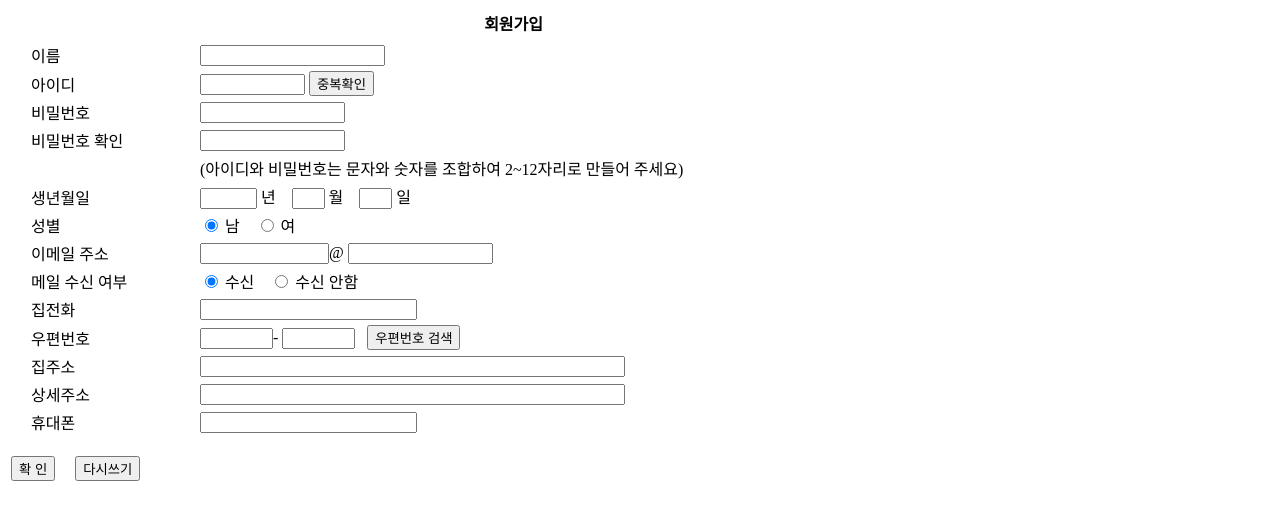
Repository: ekgus419/hckj
Page: http://localhost/Railro/WEB-INF/views/index.jsp
The author's editor kept a copy of each file at every save. The page is drawn from the files as they stood at one save, then again after the next save.
The browser window is 1280 px wide. The pictures show the whole page.
The page is served by Tomcat 9. Nobody is signed in. Other server files are loaded and not shown. The template is opened directly, without the code that normally fills it, so the values that code supplies are empty.

Above is the page before, as saved 2016-08-19 11:14:46.

### Railro/src/main/webapp/WEB-INF/views/index.jsp
<%@ page language="java" pageEncoding="UTF-8" trimDirectiveWhitespaces="true"%>

<div class="content">
	<form name="joinform" action="" method="post" onsubmit="return check()">
		<table class="join" width="80%">
			<tr>
				<th colspan="100%">
					<div class="join-title"><span>회원가입</span></div>
				</th>
			</tr>
			<tr>
				<td colspan=2>
			<tr>
				<td width="17%">
					&nbsp;&nbsp;&nbsp;&nbsp;
					이름
				</td>
				<td>
					&nbsp;&nbsp;&nbsp;
					<input type="text" name="MEMBER_NAME" size="20"/>
				</td>
			</tr>
			<tr>
				<td>
					&nbsp;&nbsp;&nbsp;&nbsp;
					아이디
				</td>
				<td>
					&nbsp;&nbsp;&nbsp;
					<input type="text" name="MEMBER_ID" size="10" maxlength=15/>
					<input type="button" name="confirm_id" value="중복확인"
						onclick="openConfirmId(this.form)" />
				</td>
			</tr>
			<tr>
				<td>
					&nbsp;&nbsp;&nbsp;&nbsp;
					비밀번호
				</td>
				<td>
					&nbsp;&nbsp;&nbsp;
					<input type="password" name="MEMBER_PW" size="15"/>
				</td>
			</tr>
			<tr>
				<td>
					&nbsp;&nbsp;&nbsp;&nbsp;
					비밀번호 확인
				</td>
				<td>
					&nbsp;&nbsp;&nbsp;
					<input type="password" name="MEMBER_PW2" size="15" />
				</td>
			</tr>
			<tr>
				<td>&nbsp;</td>
				<td>
				&nbsp;&nbsp;&nbsp;
				(아이디와 비밀번호는 문자와 숫자를 조합하여 2~12자리로 만들어 주세요)
				</td>
			</tr>
			<tr>
				<td>
					&nbsp;&nbsp;&nbsp;&nbsp;
					생년월일
				</td>
				<td>
					&nbsp;&nbsp;&nbsp;
					<input type="text" name="" size="4" maxlength="4"/>
					년
					&nbsp;&nbsp;
					<input type="text" name="" size="1" maxlength="2"/>
					월
					&nbsp;&nbsp;
					<input type="text" name="" size="1" maxlength="2"/>
					일
				</td>
			</tr>
			<tr>
				<td>
					&nbsp;&nbsp;&nbsp;&nbsp;
					성별
				</td>
				<td>
					&nbsp;&nbsp;&nbsp;
					<input type="radio" name="" value="YES" checked/>
					남
					&nbsp;&nbsp;
					<input type="radio" name="" value="NO"/>
					여
				</td>
			</tr>
			<tr>
				<td>
					&nbsp;&nbsp;&nbsp;&nbsp;
					이메일 주소
				</td>
				<td>
					&nbsp;&nbsp;&nbsp;
					<input type="text" name="MEMBER_EMAIL1" size="13"/>@
					<input type="text" name="MEMBER_EMAIL2" size="15"/>
				</td>
			</tr>
			<tr>
				<td>
					&nbsp;&nbsp;&nbsp;&nbsp;
					메일 수신 여부
				</td>
				<td>
					&nbsp;&nbsp;&nbsp;
					<input type="radio" name="MEMBER_EMAIL_GET" value="YES" checked/>
					수신
					&nbsp;&nbsp;
					<input type="radio" name="MEMBER_EMAIL_GET" value="NO"/>
					수신 안함
				</td>
			</tr>
			<tr>
				<td>
					&nbsp;&nbsp;&nbsp;&nbsp;
					집전화
				</td>
				<td>
					&nbsp;&nbsp;&nbsp;
					<input type="text" name="MEMBER_PHONE" size="24"/>
				</td>
			</tr>
			<tr>
				<td>
					&nbsp;&nbsp;&nbsp;&nbsp;
					우편번호
				</td>
				<td>
					&nbsp;&nbsp;&nbsp;
					<input type="text" name="MEMBER_ZIPCODE1" size="6"
						onkeypress="gNumCheck()" maxlength="3"/>-
					<input type="text" name="MEMBER_ZIPCODE2" size="6"
						onkeypress="gNumCheck()" maxlength="3" />&nbsp;&nbsp;
					<input type="button" name="zipcode" value="우편번호 검색"
						onclick="openZipcode(this.form)" />
				</td>
			</tr>
			<tr>
				<td>
					&nbsp;&nbsp;&nbsp;&nbsp;
					집주소
				</td>
				<td>
					&nbsp;&nbsp;&nbsp;
					<input type="text" name="MEMBER_ADDR1" size="50" />
				</td>
			</tr>
			<tr>
				<td>
					&nbsp;&nbsp;&nbsp;&nbsp;
					상세주소
				</td>
				<td>
					&nbsp;&nbsp;&nbsp;
					<input type="text" name="MEMBER_ADDR2" size="50" />
				</td>
			</tr>
			<tr>
				<td>
					&nbsp;&nbsp;&nbsp;&nbsp;
					휴대폰
				</td>
				<td>
					&nbsp;&nbsp;&nbsp;
					<input type="text" name="MEMBER_MOBILE" size="24" />
				</td>
			</tr>
			<tr>
				<td class="btn" colspan="100%">
					<br />
					<input type="submit" value="확 인" />
					&nbsp;&nbsp;&nbsp;
					<input type="reset" value="다시쓰기" />
				</td>
			</tr>
		</table>
	</form>
</div>

After the next save:
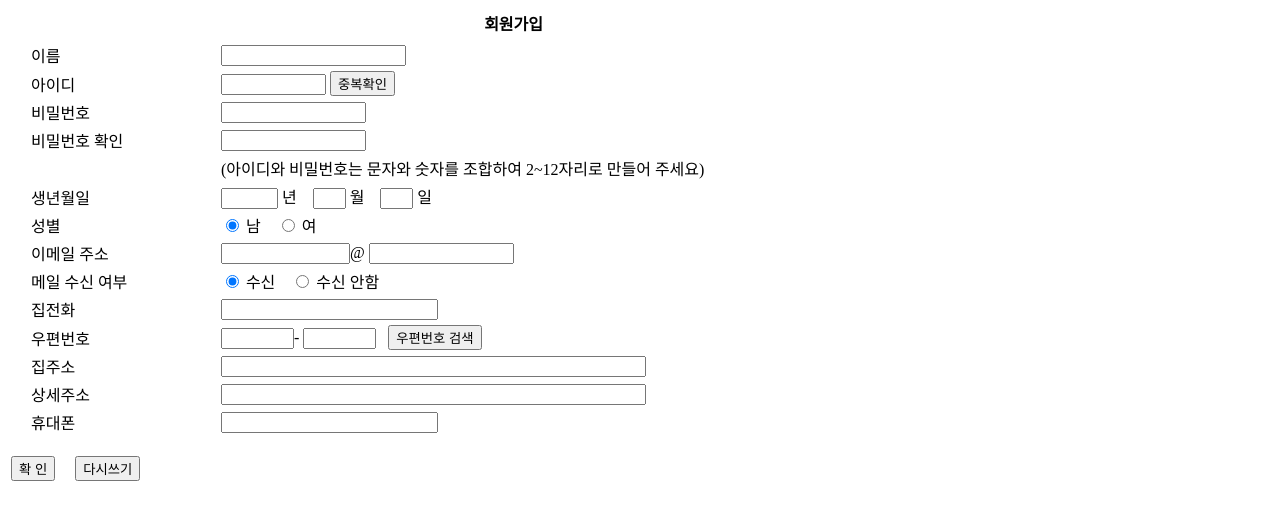
Saved 32 s later.
--- a/Railro/src/main/webapp/WEB-INF/views/index.jsp
+++ b/Railro/src/main/webapp/WEB-INF/views/index.jsp
@@ -11,7 +11,7 @@
 			<tr>
 				<td colspan=2>
 			<tr>
-				<td width="17%">
+				<td>
 					&nbsp;&nbsp;&nbsp;&nbsp;
 					이름
 				</td>

After the save that followed:
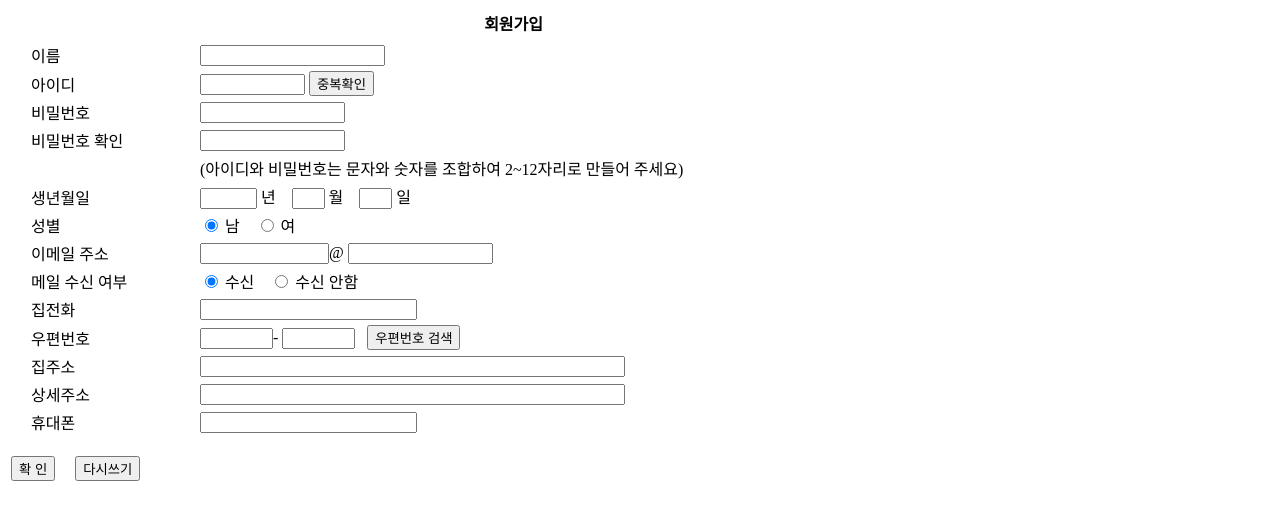
Saved 10 s later.
--- a/Railro/src/main/webapp/WEB-INF/views/index.jsp
+++ b/Railro/src/main/webapp/WEB-INF/views/index.jsp
@@ -11,7 +11,7 @@
 			<tr>
 				<td colspan=2>
 			<tr>
-				<td>
+				<td width="17%">
 					&nbsp;&nbsp;&nbsp;&nbsp;
 					이름
 				</td>
